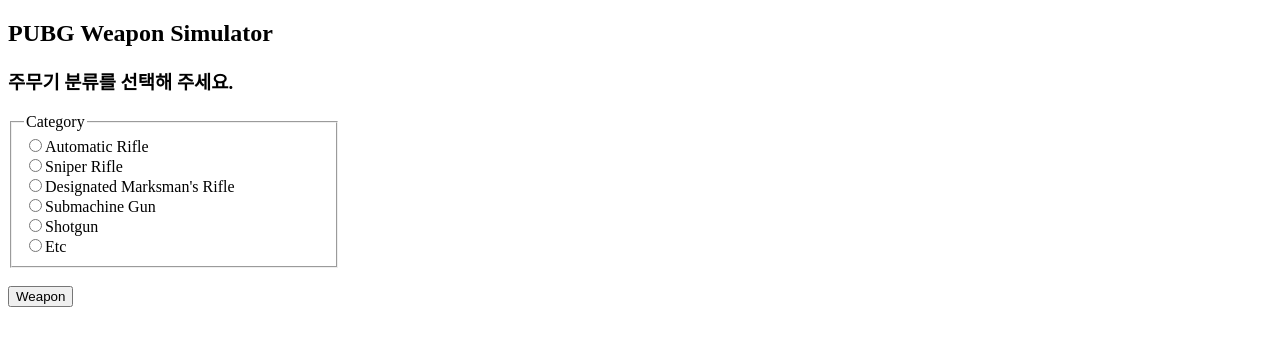
Repository: Tak-kuen/18-2
Page: http://localhost/1501163-report1/1_Start.jsp
The author's editor kept a copy of each file at every save. The page is drawn from the files as they stood at one save, then again after the next save.
The browser window is 1280 px wide. The pictures show the whole page.
The page is served by Tomcat 9.

Above is the page before, as saved 2018-09-07 09:20:35.

After the next save:
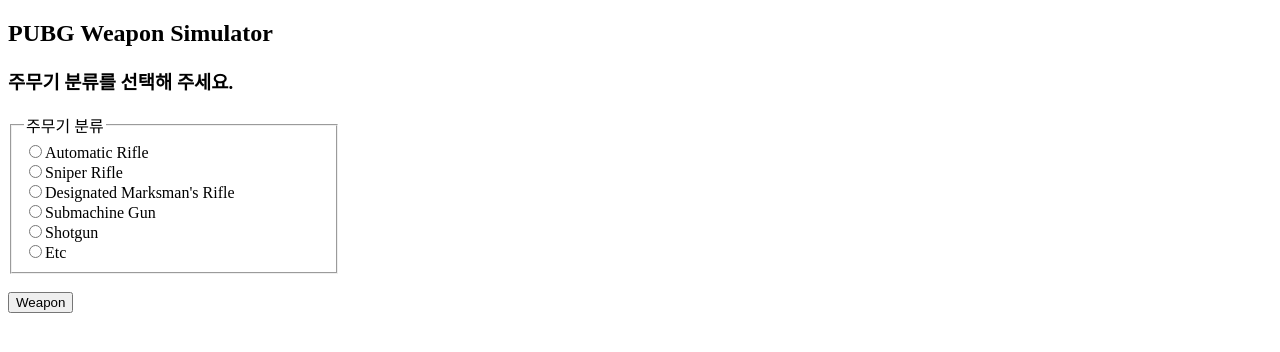
Saved 29 s later.
--- a/code/1501163-report1/WebContent/1_Start.jsp
+++ b/code/1501163-report1/WebContent/1_Start.jsp
@@ -11,7 +11,7 @@
 <h3>주무기 분류를 선택해 주세요.</h3>
 <form action="2_weaponSelect.jsp" method="post">
 <fieldset style="width: 300px;">
-<legend>Category</legend>
+<legend>주무기 분류</legend>
 <input name="category" type="radio" value="ar" >Automatic Rifle<br/>
 <input name="category" type="radio" value="sr">Sniper Rifle<br/>
 <input name="category" type="radio" value="dmr">Designated Marksman's Rifle<br/>
